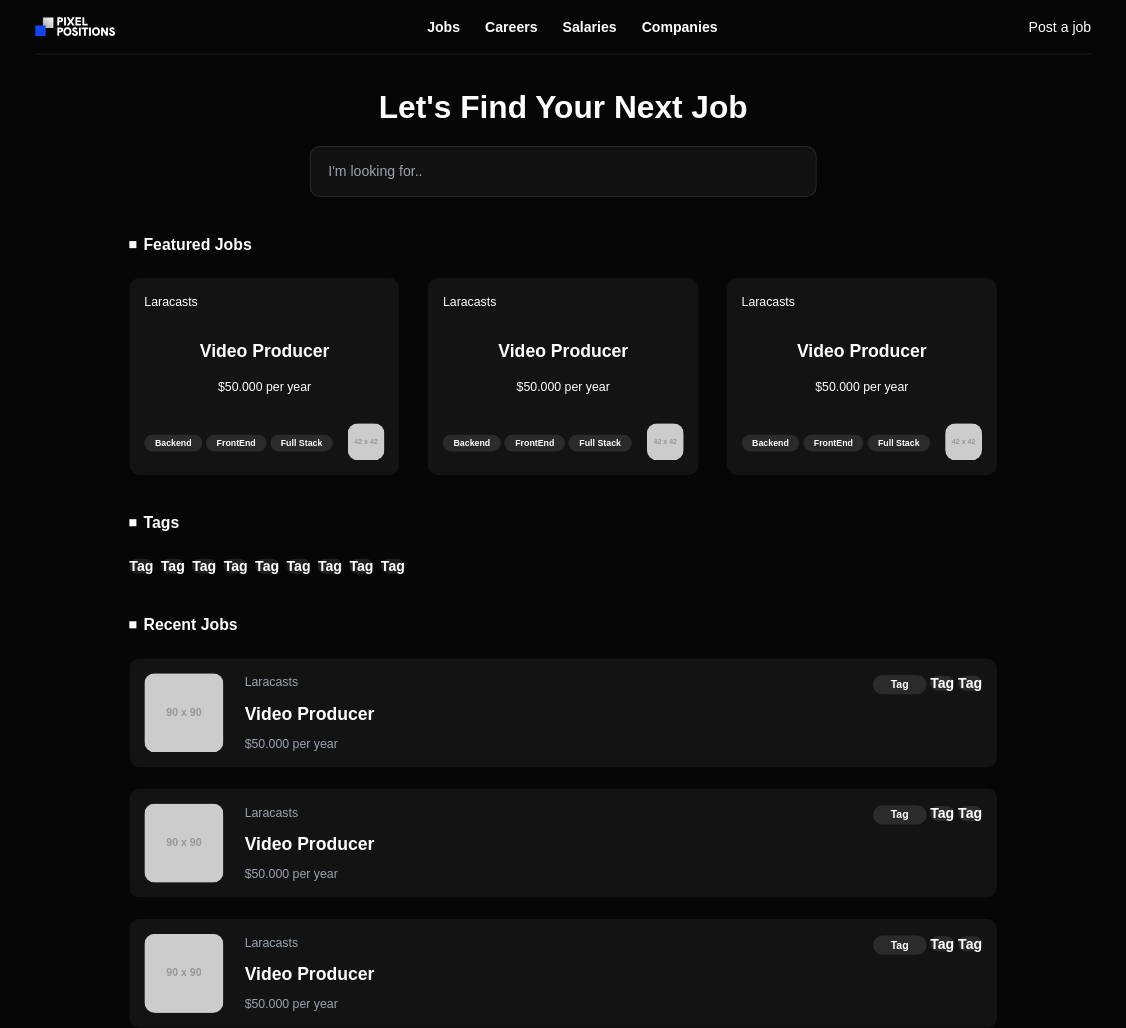
Repository: aggepap/pixel-positions-laravel
Page: resources/views/welcome.blade.php
An editor plug-in stored every save of this project. The page is shown before and after the next save, followed by the edit.
The browser window is 1280 px wide. The pictures show the whole page, at 88% of full size.
Some web fonts or font styles are not loaded; a fallback is used. The page is served by the project's Laravel application, run on PHP 8.4 with Laravel 12. Other server files are loaded and not shown. Style sheets and scripts are compiled from the project's sources, by tool versions that may differ from the author's. The template is opened directly, without the code that normally fills it, so the values that code supplies are empty.

Above is the page before, as saved 2025-02-21 23:56:06.

### resources/views/welcome.blade.php
<x-layout>
    <div class="space-y-10">

        <section class= "text-center">
            <h1 class="font-bold text-4xl mb-6">Let's Find Your Next Job</h1>
            <form action="">
                <input type="text" placeholder="I'm looking for.." class="w-full bg-white/5 rounded-xl border border-white/10 p-2 px-5 py-4 max-w-xl">
            </form>
        </section>

    <section>
      <x-section-heading>Featured Jobs</x-section-heading>
        <div class="grid lg:grid-cols-3 gap-8 mt-6">   <x-job-card />
            <x-job-card />
            <x-job-card />
        </div>

    </section>
    <section>
       <x-section-heading>Tags</x-section-heading>

       <div class="mt-6 space-x-1">
        <x-tag>Tag</x-tag>
        <x-tag>Tag</x-tag>
        <x-tag>Tag</x-tag>
        <x-tag>Tag</x-tag>
        <x-tag>Tag</x-tag>
        <x-tag>Tag</x-tag>
        <x-tag>Tag</x-tag>
        <x-tag>Tag</x-tag>
        <x-tag>Tag</x-tag>
       </div>
    </section>
   <section>
    <x-section-heading>Recent Jobs</x-section-heading>

    <div class="mt-6 space-y-6">
        <x-job-card-wide />
        <x-job-card-wide />
        <x-job-card-wide />
        </div>
    </section>
</div>
</x-layout>

### resources/views/components/section-heading.blade.php
<div class="inline-flex items-center gap-2">
  <span class="w-2 h-2 bg-white inline-block"  ></span>
<h3 class="text-lg font-bold">

  {{$slot}}</h3></div>

### resources/views/components/job-card.blade.php
<x-panel class="flex flex-col text-center">
  <div class="self-start text-sm">Laracasts</div>
     <div class="py-8"><h3 class="group-hover:text-blue-500 transition-colors duration-300 text-xl  font-bold">Video Producer</h3>
     <p class="text-sm mt-4">$50.000 per year</p></div>
  <div class="flex justify-between items-center mt-auto">
      <div class="">
     <x-tag size="small">Backend</x-tag>
     <x-tag size="small">FrontEnd</x-tag>
     <x-tag size="small">Full Stack</x-tag>

  </div>
  <x-employer-logo :width=42></x-employer-logo>

  </div>

</x-panel>

### resources/views/components/tag.blade.php
@props(['size' => 'base'])
@php
  if($size == 'base') {
    $fontSize = 'text-xs';
    $padding = 'px-5 py-1';
  }
  if($size == 'small') {
    $fontSize = 'text-2xs';
    $padding = 'px-3 py-1';
  }
@endphp
<a href="#" class="bg-white/10  rounded-xl {{$fontSize}} {{$padding}} hover:bg-white/25 font-bold  transition-colors duration-300 ">{{$slot}}</a>

### resources/views/components/employer-logo.blade.php
@props(['width' => '90'])

<img src="https://placehold.co/{{$width}}" alt="" class="rounded-xl">

### resources/views/components/panel.blade.php
<div {{$attributes(['class'=>' p-4 bg-white/5 rounded-xl   border border-transparent hover:border-blue-800 transition-colors duration-300 cursor-pointer group'])}}>
{{$slot}}
</div>

### resources/views/components/job-card-wide.blade.php

  <x-panel class="flex gap-x-6">
  <x-employer-logo :width=90></x-employer-logo>
  <div class="flex-1 flex flex-col justify-between">

  <a href="#" class="self-start text-sm text-gray-400">Laracasts</a>
  <h3 class="font-bold text-xl mt-3 group-hover:text-blue-500 ">Video Producer</h3>
  <p class="text-sm text-gray-400 mt-auto">$50.000 per year</p>
</div>

      <div class=" ">
     <x-tag size="base">Tag</x-tag>
     <x-tag>Tag</x-tag>
     <x-tag>Tag</x-tag>

  </div>

</x-panel>

### resources/views/components/layout.blade.php
<!DOCTYPE html>
<html lang="en">
<head>
  <meta charset="UTF-8">
  <meta name="viewport" content="width=device-width, initial-scale=1.0">
  <title>Pixel Positions</title>
  <link rel="preconnect" href="https://fonts.googleapis.com">
<link rel="preconnect" href="https://fonts.gstatic.com" crossorigin>
<link href="https://fonts.googleapis.com/css2?family=Hanken+Grotesk:ital,wght@400;500;600&display=swap" rel="stylesheet">
  @vite(['resources/js/app.js', 'resources/css/app.css'])
</head>
<body class="bg-black text-white font-hanken">
  <div class="px-10">
    <nav class="flex justify-between items-center py-4 border-b border-white/10">
      <div class="">
        <a href="/"> <img src="{{Vite::asset('resources/images/logo.svg')}}" alt="Logo"></a>

      </div>
      <div class="space-x-6 font-bold"><a href="#">Jobs</a>
      <a href="#">Careers</a>
      <a href="#">Salaries</a>
       <a href="#">Companies</a>
      </div>
      <div class=""><a href="#">Post a job</a></div>
    </nav>
    <main class="mt-10 max-w-[986px] mx-auto">{{$slot}}</main>
  </div>
</body>
</html>

### resources/images/logo.svg
<svg width="92" height="29" viewBox="0 0 92 29" fill="none" xmlns="http://www.w3.org/2000/svg">
    <path fill="url(#eq4u6l1jfa)" d="M8.787 4.021h11.877v11.877H8.787z"/>
    <path fill="#1544EF" d="M0 13.107h11.877v11.877H0z"/>
    <path d="M25.16 13V3.653h3.285c2.159 0 3.245.899 3.245 2.75 0 1.863-1.113 2.842-3.245 2.842H27.25V13H25.16zm2.091-5.686h.979c.858 0 1.354-.134 1.354-.885 0-.71-.429-.845-1.354-.845h-.979v1.73zM32.846 13V3.653h2.106V13h-2.106zm2.988 0 3.044-4.64-3.057-4.707h2.521L40.34 6.9l1.998-3.246h2.508L41.788 8.36 44.846 13h-2.521l-1.998-3.124L38.355 13h-2.52zm9.872 0V3.653h6.276v1.931h-4.17v1.61h3.969v1.944h-3.97v1.931h4.17V13h-6.275zm7.936 0V3.653h2.105v7.416h3.836V13h-5.941zM25.16 24.574v-9.347h3.285c2.159 0 3.245.898 3.245 2.75 0 1.863-1.113 2.842-3.245 2.842H27.25v3.755H25.16zm2.091-5.686h.979c.858 0 1.354-.134 1.354-.885 0-.71-.429-.845-1.354-.845h-.979v1.73zm9.367 5.927c-2.71 0-4.573-1.971-4.573-4.908 0-2.95 1.864-4.921 4.573-4.921 2.735 0 4.586 1.957 4.586 4.921 0 2.95-1.878 4.908-4.586 4.908zm0-2.011c1.515 0 2.467-1.113 2.467-2.897 0-1.797-.952-2.91-2.467-2.91-1.502 0-2.468 1.086-2.468 2.91 0 1.81.966 2.897 2.468 2.897zm8.63 1.97c-1.944 0-3.472-1.166-3.754-2.95l2.092-.522c.094 1.1.764 1.609 1.703 1.609.684 0 1.247-.335 1.247-1.046 0-.43-.429-.751-1.65-1.247-1.997-.805-2.721-1.542-2.721-2.977 0-1.556 1.22-2.655 3.057-2.655 1.3 0 2.347.603 2.95 1.81l-1.743 1.086c-.282-.684-.738-1.032-1.274-1.032-.483 0-.885.308-.885.75 0 .456.362.778 1.703 1.301 2.011.778 2.655 1.449 2.655 2.776 0 1.85-1.475 3.098-3.38 3.098zm4.478-.2v-9.347h2.106v9.347h-2.106zm5.724 0v-7.416h-2.736v-1.931h7.59v1.931h-2.722v7.416H55.45zm5.735 0v-9.347h2.105v9.347h-2.105zm7.91.241c-2.71 0-4.573-1.971-4.573-4.908 0-2.95 1.864-4.921 4.573-4.921 2.735 0 4.586 1.957 4.586 4.921 0 2.95-1.878 4.908-4.586 4.908zm0-2.011c1.515 0 2.467-1.113 2.467-2.897 0-1.797-.952-2.91-2.467-2.91-1.502 0-2.468 1.086-2.468 2.91 0 1.81.966 2.897 2.468 2.897zm11.487-7.577h2.105v9.347h-2.159l-3.513-5.726v5.726h-2.106v-9.347h2.146l3.527 5.7v-5.7zm6.848 9.548c-1.945 0-3.473-1.167-3.755-2.95l2.092-.523c.094 1.1.764 1.609 1.703 1.609.684 0 1.247-.335 1.247-1.046 0-.43-.429-.751-1.65-1.247-1.997-.805-2.721-1.542-2.721-2.977 0-1.556 1.22-2.655 3.057-2.655 1.3 0 2.347.603 2.95 1.81l-1.743 1.086c-.282-.684-.738-1.032-1.274-1.032-.483 0-.885.308-.885.75 0 .456.362.778 1.703 1.301 2.011.778 2.655 1.449 2.655 2.776 0 1.85-1.475 3.098-3.38 3.098z" fill="#fff"/>
    <defs>
        <linearGradient id="eq4u6l1jfa" x1="20.5" y1="4" x2="8" y2="16.5" gradientUnits="userSpaceOnUse">
            <stop stop-color="#fff"/>
            <stop offset="1" stop-color="#999"/>
        </linearGradient>
    </defs>
</svg>

### tailwind.config.js
import defaultTheme from "tailwindcss/defaultTheme";

/** @type {import('tailwindcss').Config} */
export default {
    content: [
        "./vendor/laravel/framework/src/Illuminate/Pagination/resources/views/*.blade.php",
        "./storage/framework/views/*.php",
        "./resources/**/*.blade.php",
        "./resources/**/*.js",
        "./resources/**/*.vue",
    ],
    theme: {
        extend: {
            fontFamily: {
                sans: ["Figtree", ...defaultTheme.fontFamily.sans],
            },
            colors: {
                black: "#060606",
            },
            fontFamily: {
                hanken: ["Hanken", "sans-serif"],
            },
            fontSize: {
                "2xs": "0.625rem",
            },
        },
    },
    plugins: [],
};

Loaded but not shown: app/Providers/AppServiceProvider.php (common file); routes/web.php (common file); resources/css/app.css (common file)

After the next save:
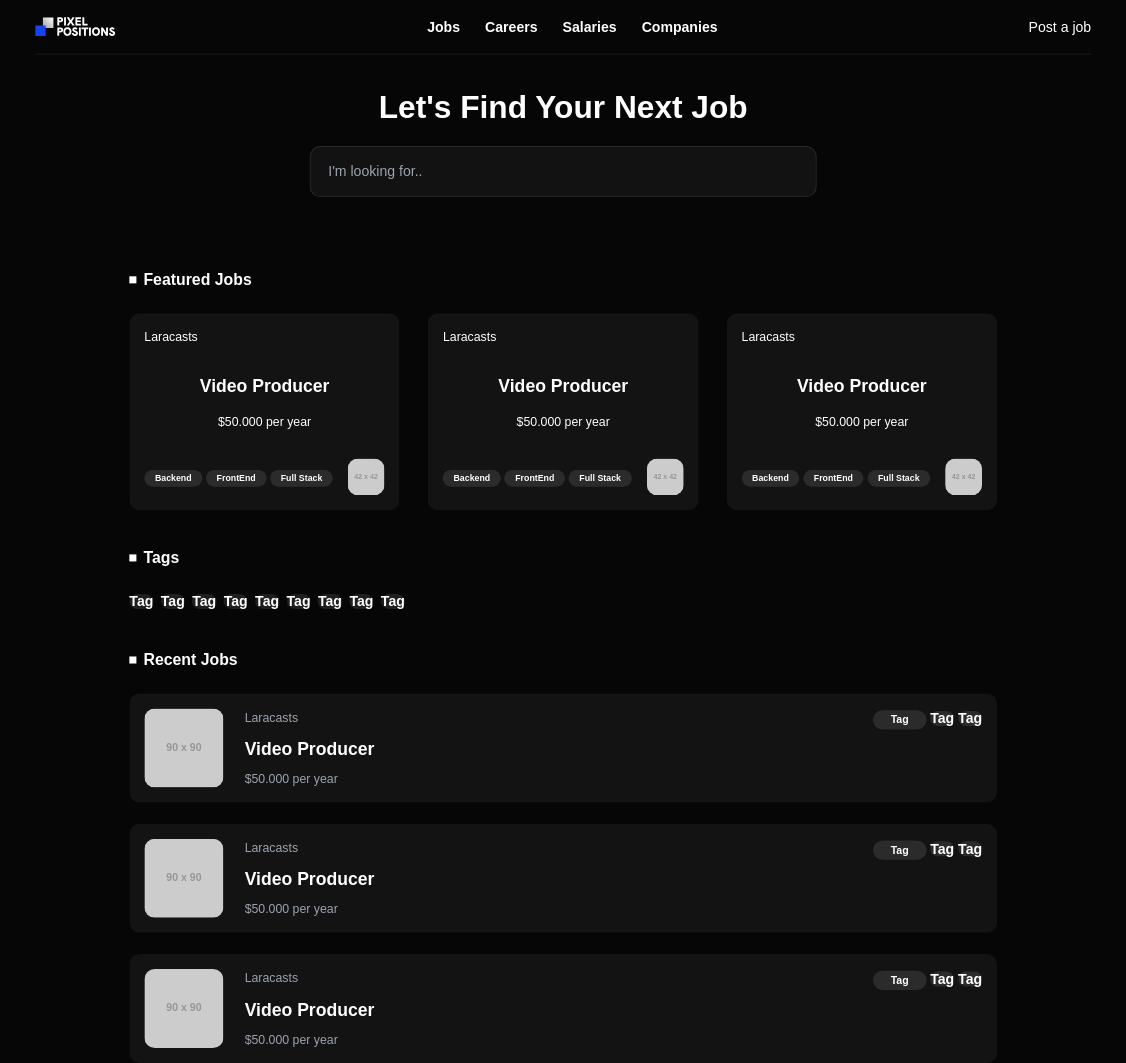
Saved 38 s later.
--- a/resources/views/welcome.blade.php
+++ b/resources/views/welcome.blade.php
@@ -8,7 +8,7 @@
             </form>
         </section>
 
-    <section>
+    <section class="pt-10">
       <x-section-heading>Featured Jobs</x-section-heading>
         <div class="grid lg:grid-cols-3 gap-8 mt-6">   <x-job-card />
             <x-job-card />
